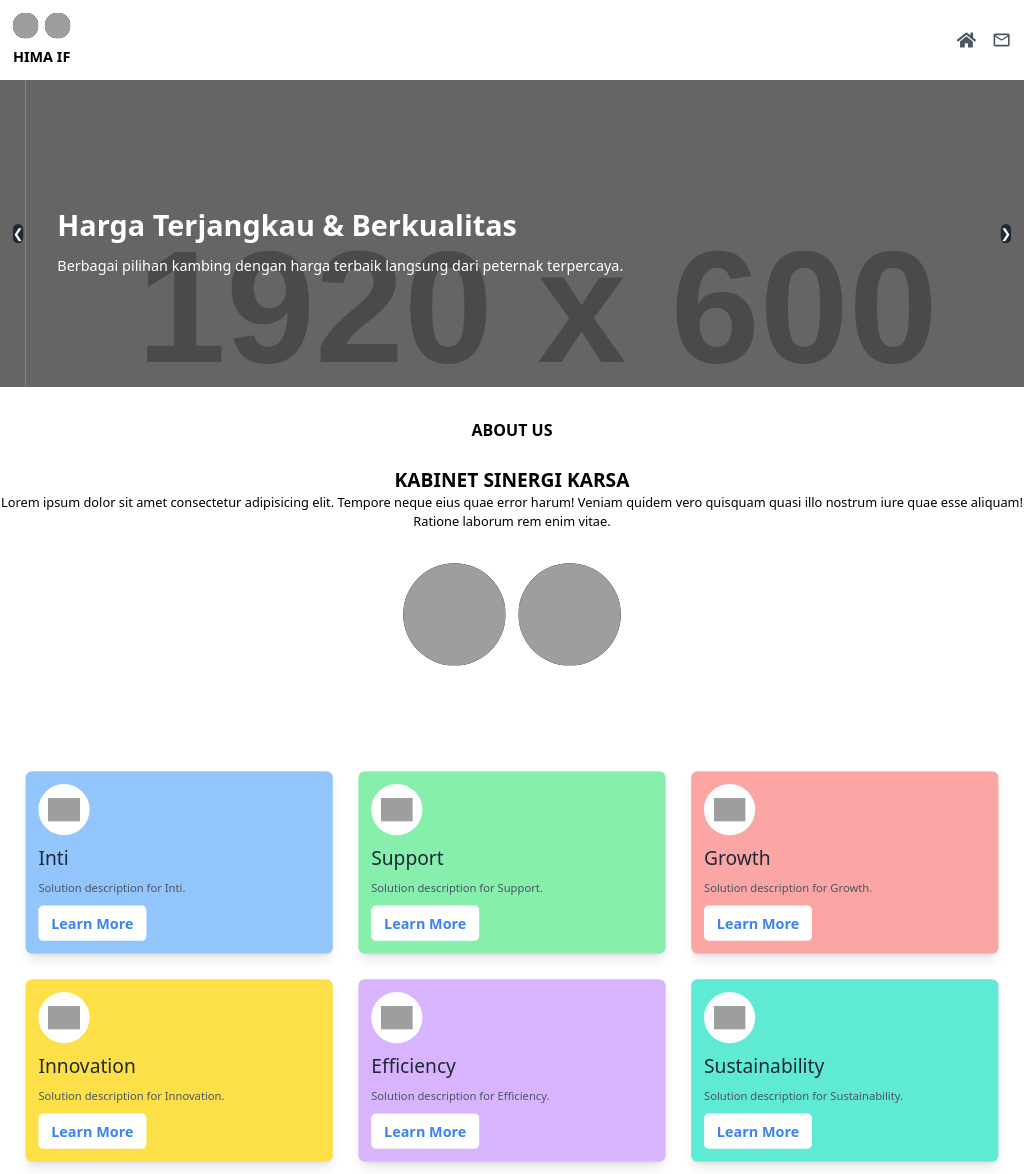
Repository: MUHAMADTEGARWIJAYA/himaif
Page: /
The author's editor kept a copy of each file at every save. The page is drawn from the files as they stood at one save, then again after the next save.
The browser window is 1280 px wide. The pictures show the whole page, at 80% of full size.
Pictures or frames that could not be fetched are drawn as grey boxes. The project was rebuilt for these pictures with package versions that can differ from the ones it lists, and the page was loaded fresh each time. Also part of the build but not shown: vite.config.js.

Above is the page before, as saved 2024-12-21 15:40:28.

After the next save:
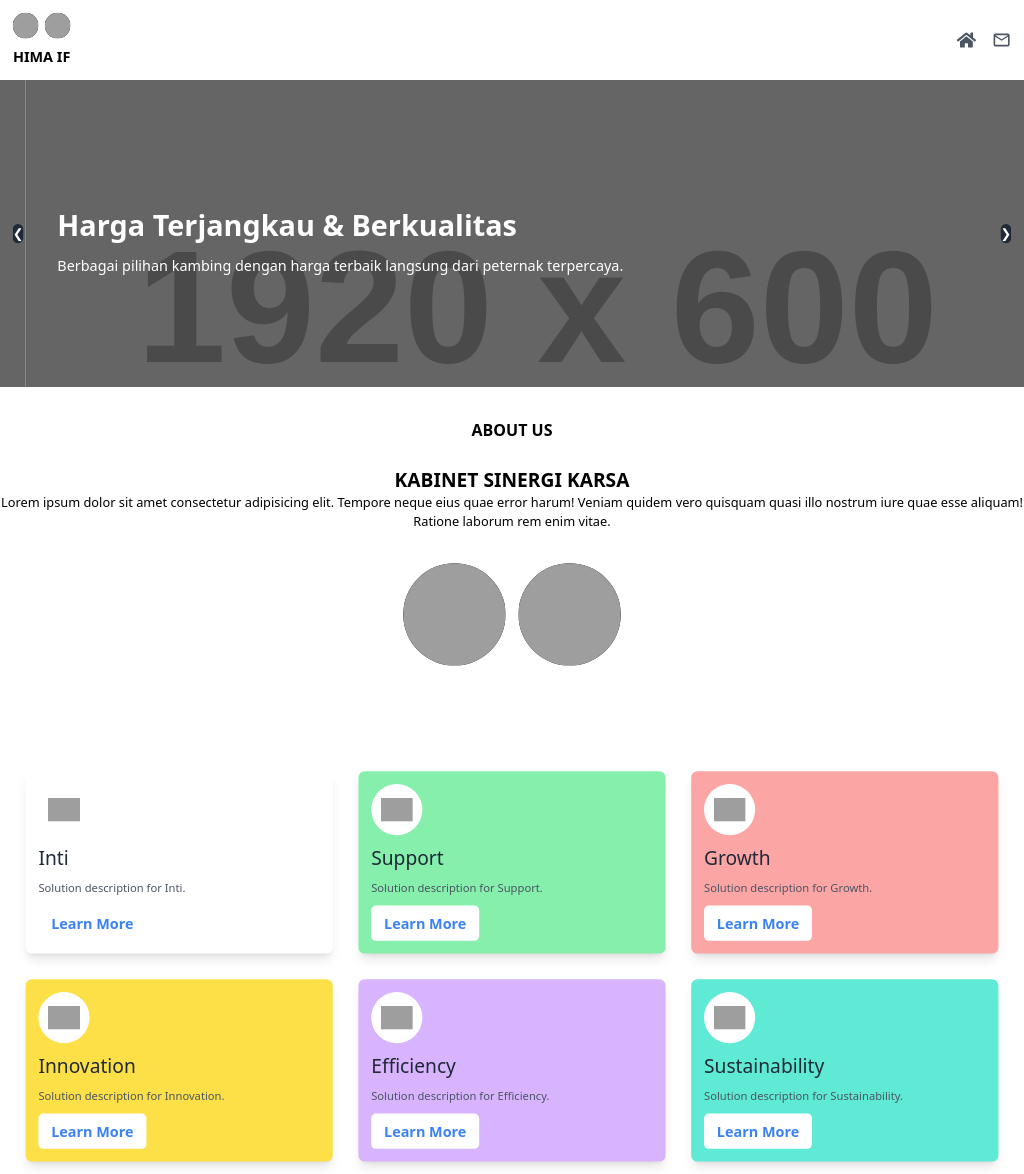
Saved 61 s later.
--- a/src/pages/Devisi.jsx
+++ b/src/pages/Devisi.jsx
@@ -5,7 +5,7 @@ const OurSolution = () => {
         title: "Inti",
         description: "Solution description for Inti.",
         imgSrc: "image1.jpg",
-        color: "bg-blue-300",
+        color: "hover:bg-blue-300",
       },
       {
         id: 2,
